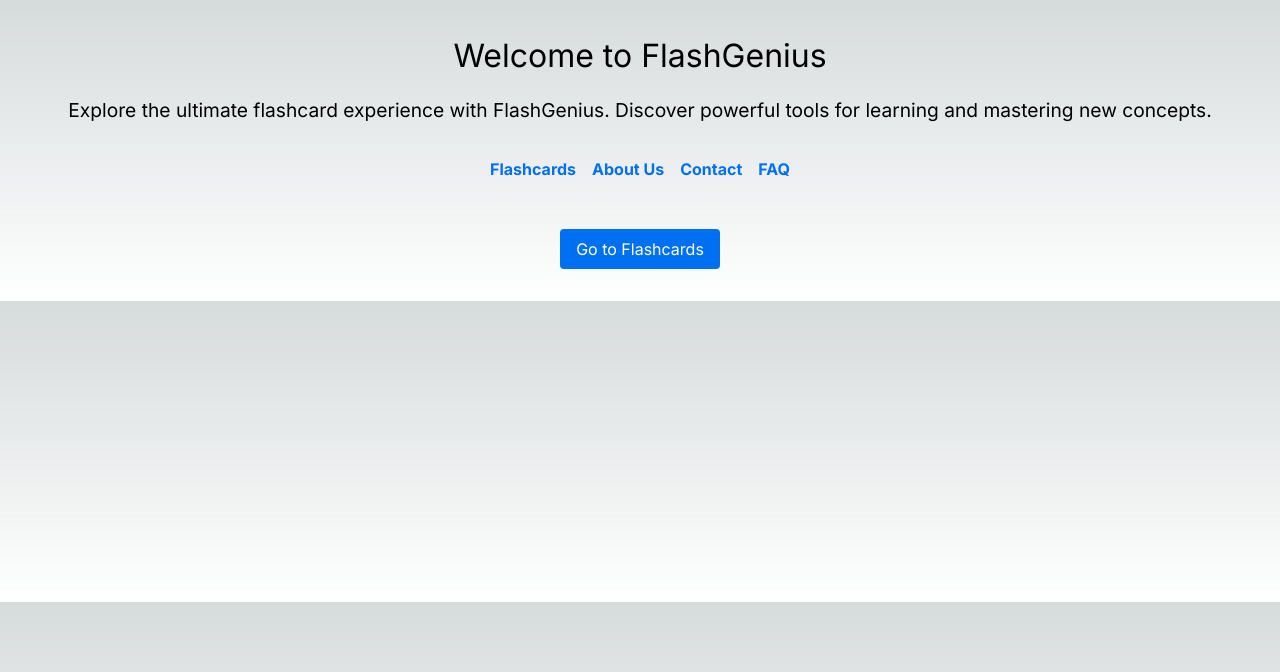
Repository: ST10356476/aiflashcards
Page: /
The author's editor kept a copy of each file at every save. The page is drawn from the files as they stood at one save, then again after the next save.
The browser window is 1280 px wide. The pictures show the whole page.
The project was rebuilt for these pictures with package versions that can differ from the ones it lists, and the page was loaded fresh each time. The framework's server and built-in components were replaced by stand-ins that run in the browser. Also part of the build but not shown: next.config.mjs.

Above is the page before, as saved 2024-08-18 03:31:28.

### src/app/page.tsx
import Link from 'next/link';
import React from 'react';
import styles from '../app/HomePage.module.css'; // Ensure this path is correct

export default function HomePage() {
  return (
    <div className={styles.container}>
      <h1 className={styles.heading}>
        Welcome to FlashGenius
      </h1>
      <p className={styles.description}>
        Explore the ultimate flashcard experience with FlashGenius. Discover powerful tools for learning and mastering new concepts.
      </p>

      <nav className={styles.navbar}>
        <ul className={styles.navList}>
          <li className={styles.navItem}>
            <Link href="/flashcards">
              <a className={styles.navLink}>Flashcards</a>
            </Link>
          </li>
          <li className={styles.navItem}>
            <Link href="/about">
              <a className={styles.navLink}>About Us</a>
            </Link>
          </li>
          <li className={styles.navItem}>
            <Link href="/contact">
              <a className={styles.navLink}>Contact</a>
            </Link>
          </li>
          <li className={styles.navItem}>
            <Link href="/faq">
              <a className={styles.navLink}>FAQ</a>
            </Link>
          </li>
        </ul>
      </nav>

      <Link href="/flashcards">
        <button className={styles.button}>
          Go to Flashcards
        </button>
      </Link>
    </div>
  );
}

### src/app/globals.css
@tailwind base;
@tailwind components;
@tailwind utilities;

/* Custom Root Variables for Theming */
:root {
  --foreground-rgb: 0, 0, 0;
  --background-start-rgb: 214, 219, 220;
  --background-end-rgb: 255, 255, 255;
}

/* Dark Mode Support */
@media (prefers-color-scheme: dark) {
  :root {
    --foreground-rgb: 255, 255, 255;
    --background-start-rgb: 0, 0, 0;
    --background-end-rgb: 0, 0, 0;
  }
}

/* Global Body Styles */
body {
  color: rgb(var(--foreground-rgb));
  background: linear-gradient(
      to bottom,
      transparent,
      rgb(var(--background-end-rgb))
    )
    rgb(var(--background-start-rgb));
  font-family: 'Roboto', sans-serif; /* Ensure font consistency */
}

/* Custom Utilities */
@layer utilities {
  .text-balance {
    text-wrap: balance;
  }
}

/* Additional Custom Styles */
a {
  color: inherit; /* Inherit color from the parent */
  text-decoration: none; /* Remove default underline */
}

button {
  cursor: pointer; /* Ensure buttons are clickable */
  outline: none; /* Remove default outline */
}

button:focus {
  box-shadow: 0 0 0 2px rgba(0, 255, 255, 0.5); /* Custom focus outline */
}

### src/app/HomePage.module.css
/* app/HomePage.module.css */
.container {
  display: flex;
  flex-direction: column;
  align-items: center;
  padding: 2rem;
}

.heading {
  font-size: 2rem;
  margin-bottom: 1rem;
}

.description {
  font-size: 1.2rem;
  margin-bottom: 2rem;
  text-align: center;
}

.navbar {
  margin-bottom: 2rem;
}

.navList {
  list-style-type: none;
  padding: 0;
  display: flex;
  gap: 1rem;
}

.navItem {
  margin: 0;
}

.navLink {
  text-decoration: none;
  color: #0070f3;
  font-weight: bold;
  transition: color 0.3s;
}

.navLink:hover {
  color: #005bb5;
}

.button {
  margin-top: 1rem;
  padding: 0.5rem 1rem;
  border: none;
  border-radius: 4px;
  color: #fff;
  background-color: #0070f3;
  cursor: pointer;
  transition: background-color 0.3s;
}

.button:hover {
  background-color: #005bb5;
}

### tailwind.config.js
// tailwind.config.js
/** @type {import('tailwindcss').Config} */
// tailwind.config.js
module.exports = {
    theme: {
      extend: {
        colors: {
          neonGreen: '#00f5d4',
          neonBlue: '#0ff',
        },
      },
    },
  };

Loaded but not shown: src/app/layout.tsx (common file)

After the next save:
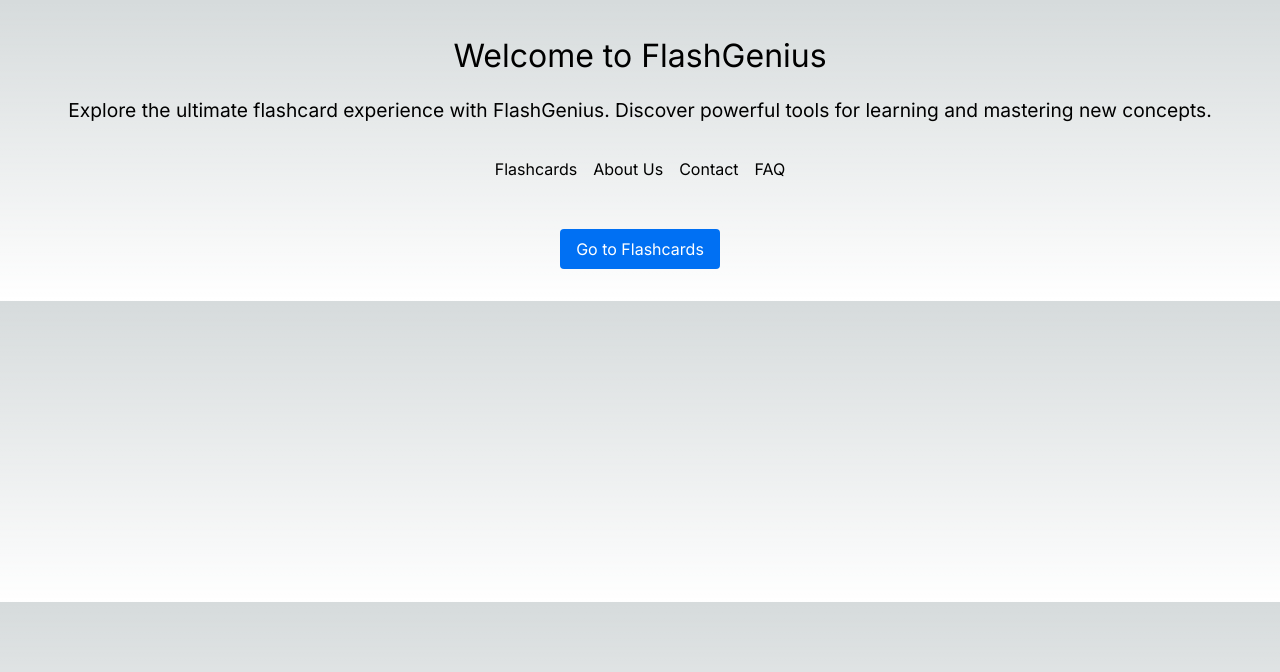
Saved 40 s later.
--- a/src/app/page.tsx
+++ b/src/app/page.tsx
@@ -16,22 +16,22 @@
         <ul className={styles.navList}>
           <li className={styles.navItem}>
             <Link href="/flashcards">
-              <a className={styles.navLink}>Flashcards</a>
+              Flashcards
             </Link>
           </li>
           <li className={styles.navItem}>
             <Link href="/about">
-              <a className={styles.navLink}>About Us</a>
+              About Us
             </Link>
           </li>
           <li className={styles.navItem}>
             <Link href="/contact">
-              <a className={styles.navLink}>Contact</a>
+              Contact
             </Link>
           </li>
           <li className={styles.navItem}>
             <Link href="/faq">
-              <a className={styles.navLink}>FAQ</a>
+              FAQ
             </Link>
           </li>
         </ul>
